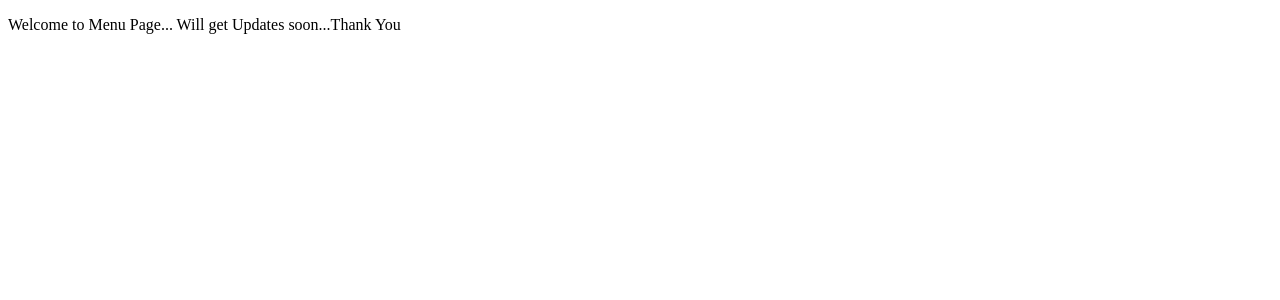
Repository: sandeshAraveti/Java-training
Page: http://localhost/jspjdbc/menu.jsp
These files come from the project's save history. The page is drawn as it stood at one moment and after the next save; the edit follows.
The browser window is 1280 px wide. The pictures show the whole page.
The page is served by Tomcat 9. Other server files are loaded and not shown.

Above is the page before, as saved 2019-12-09 06:40:19.

### Java_HCL/Day_jdbc/jspjdbc/WebContent/menu.jsp
<%@ page language="java" contentType="text/html; charset=ISO-8859-1"
    pageEncoding="ISO-8859-1"%>
<!DOCTYPE html PUBLIC "-//W3C//DTD HTML 4.01 Transitional//EN" "http://www.w3.org/TR/html4/loose.dtd">
<html>
<head>
<meta http-equiv="Content-Type" content="text/html; charset=ISO-8859-1">
<title>Insert title here</title>
</head>
<body>
   <p>
   Welcome to Menu Page...
   Will get Updates soon...Thank You
   </p>

</body>
</html>

After the next save:
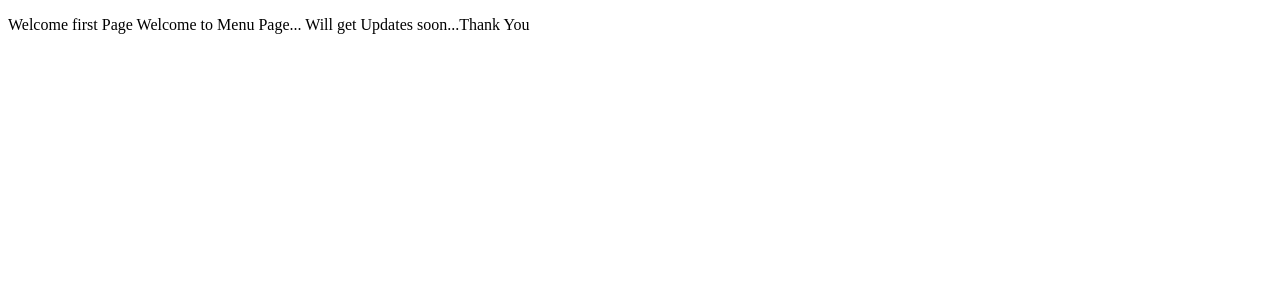
Saved 39 s later.
--- a/Java_HCL/Day_jdbc/jspjdbc/WebContent/menu.jsp
+++ b/Java_HCL/Day_jdbc/jspjdbc/WebContent/menu.jsp
@@ -8,6 +8,7 @@
 </head>
 <body>
    <p>
+   Welcome first Page
    Welcome to Menu Page...
    Will get Updates soon...Thank You
    </p>

After the save that followed:
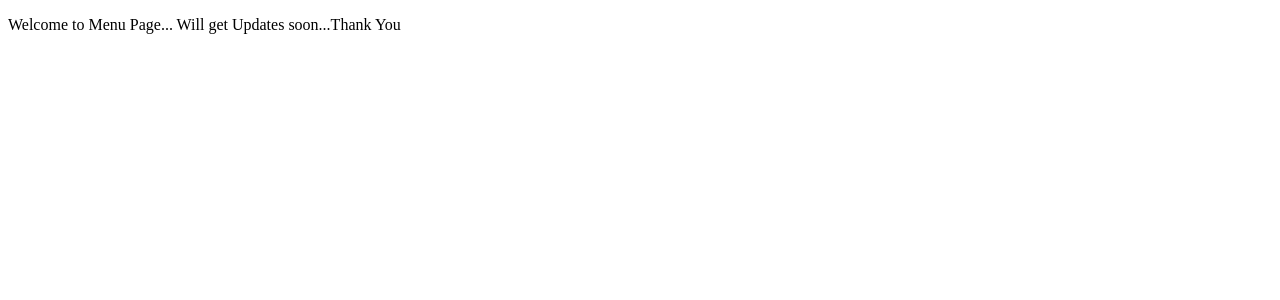
Saved 70 s later.
--- a/Java_HCL/Day_jdbc/jspjdbc/WebContent/menu.jsp
+++ b/Java_HCL/Day_jdbc/jspjdbc/WebContent/menu.jsp
@@ -7,8 +7,8 @@
 <title>Insert title here</title>
 </head>
 <body>
+
    <p>
-   Welcome first Page
    Welcome to Menu Page...
    Will get Updates soon...Thank You
    </p>
